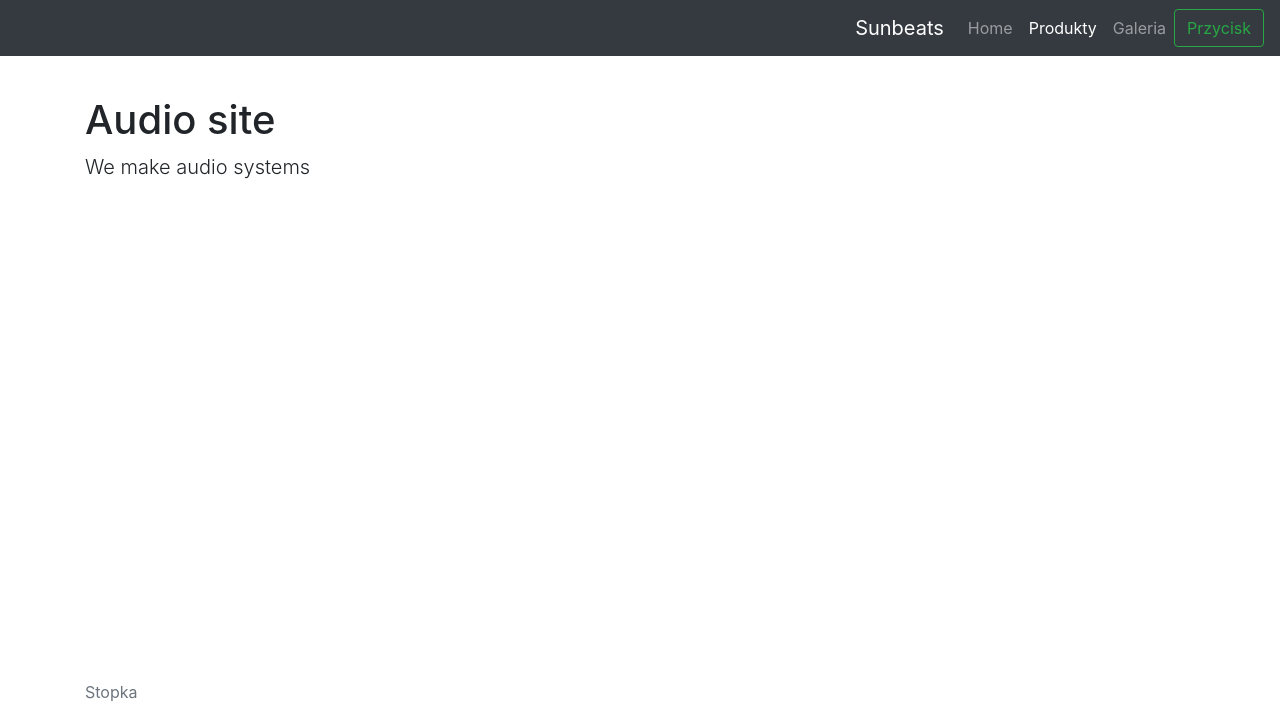
Repository: Audio-site/sunbeats
Page: products.html
The author's editor kept a copy of each file at every save. The page is drawn from the files as they stood at one save, then again after the next save.
The browser window is 1280 px wide. The pictures show the whole page.

Above is the page before, as saved 2020-08-25 00:42:44.

After the next save:
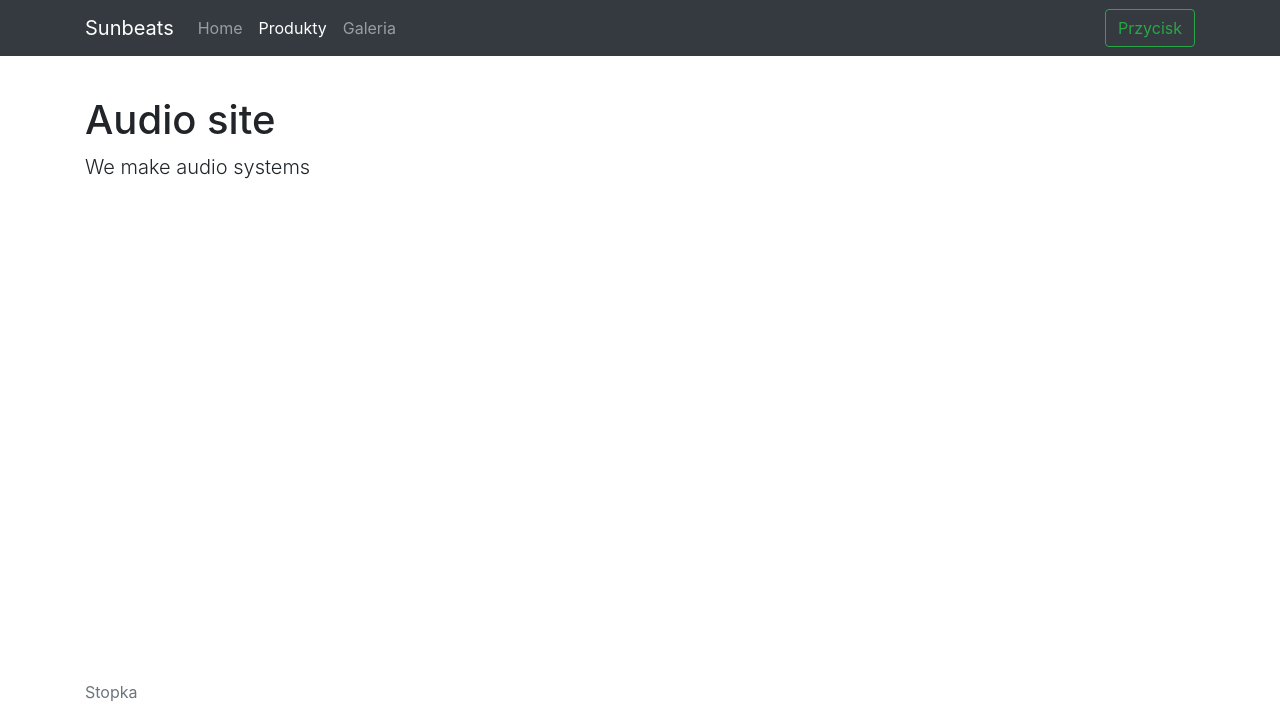
Saved 11 s later.
--- a/products.html
+++ b/products.html
@@ -20,7 +20,7 @@
   <header>
     <!-- Fixed navbar -->
     <nav class="navbar navbar-expand-md navbar-dark fixed-top bg-dark">
-      <div class="container"></div>
+      <div class="container">
       <a class="navbar-brand" href="#">Sunbeats</a>
       <button class="navbar-toggler" type="button" data-toggle="collapse" data-target="#navbarCollapse"
         aria-controls="navbarCollapse" aria-expanded="false" aria-label="Toggle navigation">
@@ -28,17 +28,17 @@
       </button>
       <div class="collapse navbar-collapse" id="navbarCollapse">
 
-          <ul class="navbar-nav mr-auto">
-            <li class="nav-item">
-              <a class="nav-link" href="../index.html">Home</a>
-            </li>
-            <li class="nav-item">
-              <a class="nav-link active" href="../products.html">Produkty <span class="sr-only">(current)</span></a>
-            </li>
-            <li class="nav-item">
-              <a class="nav-link" href="#">Galeria</a>
-            </li>
-          </ul>
+        <ul class="navbar-nav mr-auto">
+          <li class="nav-item">
+            <a class="nav-link" href="../index.html">Home</a>
+          </li>
+          <li class="nav-item">
+            <a class="nav-link active" href="../products.html">Produkty <span class="sr-only">(current)</span></a>
+          </li>
+          <li class="nav-item">
+            <a class="nav-link" href="#">Galeria</a>
+          </li>
+        </ul>
 
         <button class="btn btn-outline-success my-2 my-sm-0" type="submit">Przycisk</button>
       </div>
